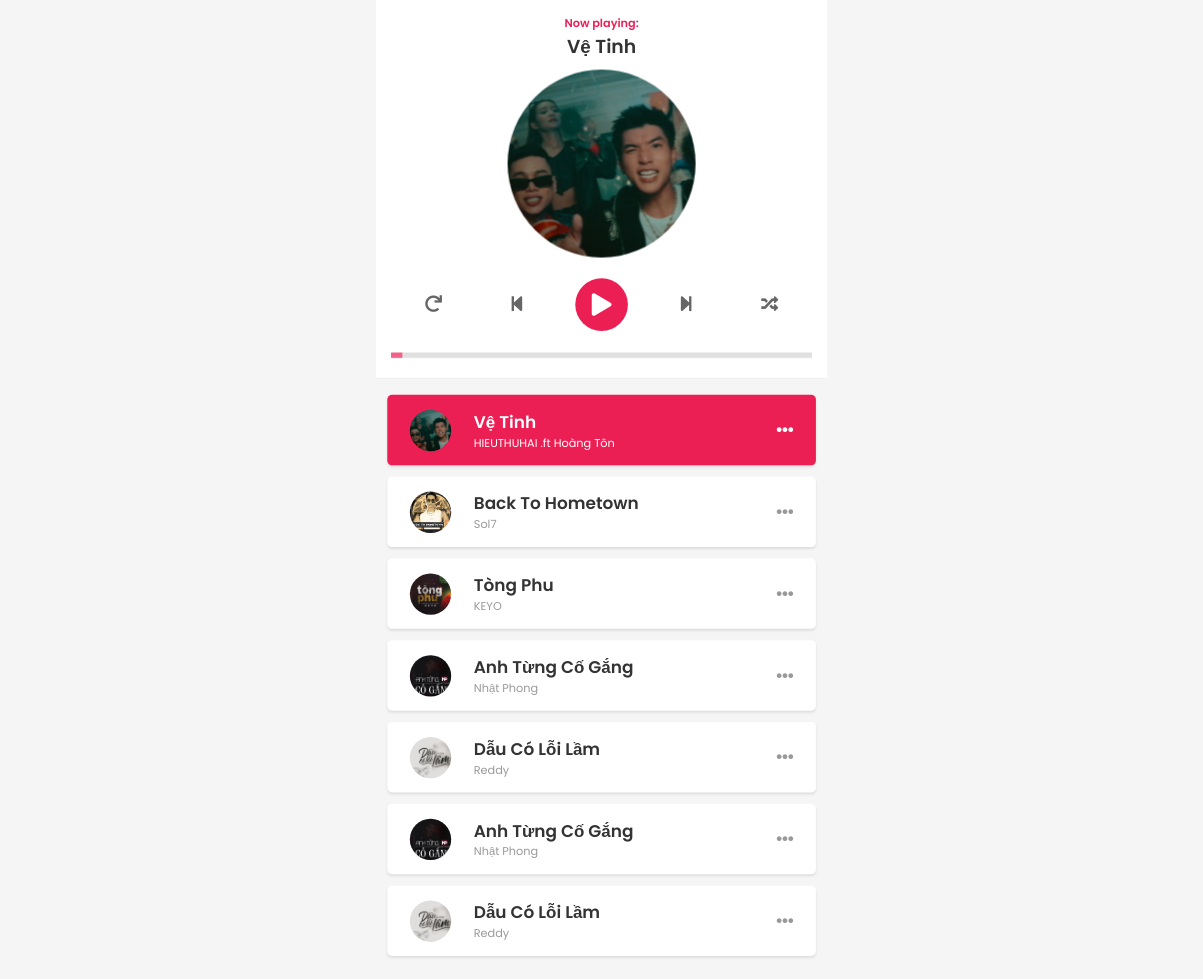
Repository: ynguyen1512/music-player
Page: index.html
The author's editor kept a copy of each file at every save. The page is drawn from the files as they stood at one save, then again after the next save.
The browser window is 1280 px wide. The pictures show the whole page, at 94% of full size.

Above is the page before, as saved 2022-09-26 19:33:59.

### index.html
<!DOCTYPE html>
<html lang="en">
<head>
    <meta name="viewport" content="width=device-width, initial-scale=1.0">
    <title>Music player</title>
    <link rel="stylesheet" href="https://cdnjs.cloudflare.com/ajax/libs/font-awesome/5.15.2/css/all.min.css" integrity="sha512-HK5fgLBL+xu6dm/Ii3z4xhlSUyZgTT9tuc/hSrtw6uzJOvgRr2a9jyxxT1ely+B+xFAmJKVSTbpM/CuL7qxO8w==" crossorigin="anonymous" />
    <link rel="preconnect" href="https://fonts.gstatic.com">
    <link href="https://fonts.googleapis.com/css2?family=Poppins:wght@300;400;600&display=swap" rel="stylesheet">
    <link rel="stylesheet" href="./assets/css/style.css">
</head>
<body>
    <div class="player">
        <!-- Dashboard -->
        <div class="dashboard">
          <!-- Header -->
          <header>
            <h4>Now playing:</h4>
            <h2>String 57th & 9th</h2>
          </header>
     <!-- CD -->
     <div class="cd">
        <div class="cd-thumb" style="background-image: url('https://i.ytimg.com/vi/jTLhQf5KJSc/maxresdefault.jpg')">
        </div>
      </div>

      <!-- Control -->
      <div class="control">
        <div class="btn btn-repeat">
          <i class="fas fa-redo"></i>
        </div>
        <div class="btn btn-prev">
          <i class="fas fa-step-backward"></i>
        </div>
        <div class="btn btn-toggle-play">
          <i class="fas fa-pause icon-pause"></i>
          <i class="fas fa-play icon-play"></i>
        </div>
        <div class="btn btn-next">
          <i class="fas fa-step-forward"></i>
        </div>
        <div class="btn btn-random">
          <i class="fas fa-random"></i>
        </div>
      </div>

      <input id="progress" class="progress" type="range" value="0" step="1" min="0" max="100">

      <audio id="audio" src=""></audio>
    </div>

    <!-- Playlist -->
    <div class="playlist">

    </div>
  </div>

  <script>
    const $ = document.querySelector.bind(document)
    const $$ = document.querySelector.bind(document)

    const player = $('.player')
    const heading  = $('header h2')
    const cdThumb = $('.cd-thumb')
    const audio = $('#audio')
    const cd = $('.cd')
    const playBtn = $('.btn-toggle-play')
    const progress = $('#progress')
    const nextBtn = $('.btn-next')
    const prevBtn = $('.btn-prev')
    const randomBtn = $('.btn-random')
    const repeatBtn = $('.btn-repeat')

    const app = {
      currentIndex: 0,
      isPlaying : false,
      isRandom : false,
      isRepeat : false,
      songs: [
        {
          name: 'Vệ Tinh',
          singer: 'HIEUTHUHAI .ft Hoàng Tôn',
          path: './assets/music/song1.mp3',
          image: './assets/img/song1.jpg'
        },
        {
          name: 'Back To Hometown',
          singer: 'Sol7',
          path: './assets/music/song2.mp3',
          image: './assets/img/song2.jpg'
        },
        {
          name: 'Tòng Phu',
          singer: 'KEYO',
          path: './assets/music/song3.mp3',
          image: './assets/img/song3.jpg'
        },
        {
          name: 'Anh Từng Cố Gắng',
          singer: 'Nhật Phong',
          path: './assets/music/song4.mp3',
          image: './assets/img/song4.jpg'
        },
        {
          name: 'Dẫu Có Lỗi Lầm',
          singer: 'Reddy',
          path: './assets/music/song5.mp3',
          image: './assets/img/song5.jpg'
        },
        {
          name: 'Anh Từng Cố Gắng',
          singer: 'Nhật Phong',
          path: './assets/music/song4.mp3',
          image: './assets/img/song4.jpg'
        },
        {
          name: 'Dẫu Có Lỗi Lầm',
          singer: 'Reddy',
          path: './assets/music/song5.mp3',
          image: './assets/img/song5.jpg'
        }
      ],
      render: function() {
        const htmls = this.songs.map((song,index) => {
          return `
              <div class="song ${index === this.currentIndex ? 'active' : ''}">
                <div class="thumb"
                  style="background-image: url('${song.image}')">
                </div>
                <div class="body">
                  <h3 class="title">${song.name}</h3>
                  <p class="author">${song.singer}</p>
                </div>
                <div class="option">
                  <i class="fas fa-ellipsis-h"></i>
                </div>
            </div>
          `
        })
        $('.playlist').innerHTML = htmls.join('');
      },
      defineProperties: function() {
        Object.defineProperty(this, 'currentSong', {
          get: function() {
            return this.songs[this.currentIndex];
          }
        });
      },
      handleEvents: function() {
        const _this= this;
        const cdWidth = cd.offsetWidth

        // Xu ly CD quay / dung
        const cdThumbAnimate = cdThumb.animate([
          {transform: 'rotate(360deg)'}
        ], {
          duration: 10000,
          interations: Infinity
        })
        cdThumbAnimate.pause()

        // Xu ly phong to / thu nho CD
        document.onscroll = function() {
          const scrollTop = window.scrollY || document.documentElement.scrollTop
          const newcdWidth = cdWidth - scrollTop

          cd.style.width = newcdWidth > 0 ?   newcdWidth + 'px' : 0
          cd.style.opacity = newcdWidth / cdWidth
        }
        // Xu ly khi click nut play
        playBtn.onclick = function() {
          if( _this.isPlaying) {
            audio.pause()
          }else {
            audio.play()
          }

        }

        // Khi bai hat duoc play
        audio.onplay = function() {
          _this.isPlaying = true;
          player.classList.add('playing')
          cdThumbAnimate.play()
        }

        // Khi bai hat bi pause
        audio.onpause = function() {
          _this.isPlaying = false;
          player.classList.remove('playing')
          cdThumbAnimate.pause()
        }

        // Khi tien do bai hat thay doi
        audio.ontimeupdate = function() {
          if(audio.duration) {
            const progressPercent = Math.floor(audio.currentTime / audio.duration * 100)
            progress.value = progressPercent
          }
        }

        // Xu ly khi tua bai hat
        progress.onchange = function(e) {
          const seekTime = audio.duration / 100 * e.target.value
          audio.currentTime = seekTime
        }

        // Khi next bai hat
        nextBtn.onclick = function() {
          if(_this.isRandom)
          {
            _this.playRandomSong()
          } else {
            _this.nextSong()
          }
          audio.play()
          _this.render()
          _this.scrollToActiveSong()
        }

        // Khi previous song
        prevBtn.onclick = function() {
          if(_this.isRandom)
          {
            _this.playRandomSong()
          } else {
            _this.prevSong()
          }
          audio.play()
          _this.render()
          _this.scrollToActiveSong()
        }

        // Xy ly random bat / tat random song
        randomBtn.onclick = function() {
          _this.isRandom = !_this.isRandom
          randomBtn.classList.toggle('active', _this.isRandom)
        }

        // Xu ly phat lai mot bai hat
        repeatBtn.onclick = function() {
          _this.isRepeat = !_this.isRepeat
          repeatBtn.classList.toggle('active', _this.isRepeat)
        }

        //Xu ly next song khi audio ended
        audio.onended = function() {
          if(_this.isRepeat)
          {
            audio.play()
          }else{
            nextBtn.click(); // khi ket thuc bai hat thi tu nhan vao nut click
          }
        }
      },
      getCurrentSong: function() {
        return this.songs[this.currentIndex]
      },
      scrollToActiveSong: function() {
        setTimeout(()=>{
          $('.song.active').scrollIntoView({
            behavior: 'smooth',
            block: 'nearest'
          });
        },300)
      },
      loadCurrentSong: function() {

        heading.textContent = this.currentSong.name
        cdThumb.style.backgroundImage = `url('${this.currentSong.image}')`
        audio.src = this.currentSong.path

        // console.log(heading, cdThumb, audio)
      },
      nextSong: function() {
        this.currentIndex++;
        if(this.currentIndex >= this.songs.length) {
          this.currentIndex = 0;
        }
        this.loadCurrentSong()
      },
      prevSong: function() {
        this.currentIndex--;
        if(this.currentIndex < 0) {
          this.currentIndex = this.songs.length - 1;
        }
        this.loadCurrentSong()
      },
      playRandomSong: function() {
        let newIndex
        do {
          newIndex = Math.floor(Math.random() * this.songs.length);
        } while(newIndex === this.currentIndex)
        this.currentIndex = newIndex
        this.loadCurrentSong()
      },
      start: function() {
        this.defineProperties();
        this.handleEvents();
        this.loadCurrentSong();

        this.render();
      }
    }

    app.start();
  </script>
</body>
</html>

### assets/css/style.css
:root {
    --primary-color: #ec1f55;
    --text-color: #333;
  }

  * {
    padding: 0;
    margin: 0;
    box-sizing: inherit;
  }

  body {
    background-color: #f5f5f5;
  }

  html {
    box-sizing: border-box;
    font-family: "Poppins", sans-serif;
  }

  .player {
    position: relative;
    max-width: 480px;
    margin: 0 auto;
  }

  .player .icon-pause {
    display: none;
  }

  .player.playing .icon-pause {
    display: inline-block;
  }

  .player.playing .icon-play {
    display: none;
  }

  .dashboard {
    padding: 16px 16px 14px;
    background-color: #fff;
    position: fixed;
    top: 0;
    width: 100%;
    max-width: 480px;
    border-bottom: 1px solid #ebebeb;
  }

  /* HEADER */
  header {
    text-align: center;
    margin-bottom: 10px;
  }

  header h4 {
    color: var(--primary-color);
    font-size: 12px;
  }

  header h2 {
    color: var(--text-color);
    font-size: 20px;
  }

  /* CD */
  .cd {
    display: flex;
    margin: auto;
    width: 200px;
  }

  .cd-thumb {
    width: 100%;
    padding-top: 100%;
    border-radius: 50%;
    background-color: #333;
    background-size: cover;
    margin: auto;
  }

  /* CONTROL */
  .control {
    display: flex;
    align-items: center;
    justify-content: space-around;
    padding: 18px 0 8px 0;
  }

  .control .btn {
    color: #666;
    padding: 18px;
    font-size: 18px;
  }

  .control .btn.active {
    color: var(--primary-color);
  }

  .control .btn-toggle-play {
    width: 56px;
    height: 56px;
    border-radius: 50%;
    font-size: 24px;
    color: #fff;
    display: flex;
    align-items: center;
    justify-content: center;
    background-color: var(--primary-color);
  }

  .progress {
    width: 100%;
    -webkit-appearance: none;
    height: 6px;
    background: #d3d3d3;
    outline: none;
    opacity: 0.7;
    -webkit-transition: 0.2s;
    transition: opacity 0.2s;
  }

  .progress::-webkit-slider-thumb {
    -webkit-appearance: none;
    appearance: none;
    width: 12px;
    height: 6px;
    background-color: var(--primary-color);
    cursor: pointer;
  }

  /* PLAYLIST */
  .playlist {
    margin-top: 408px;
    padding: 12px;
  }

  .song {
    display: flex;
    align-items: center;
    margin-bottom: 12px;
    background-color: #fff;
    padding: 8px 16px;
    border-radius: 5px;
    box-shadow: 0 2px 3px rgba(0, 0, 0, 0.1);
  }

  .song.active {
    background-color: var(--primary-color);
  }

  .song.active .author,
  .song.active .title {
    color: #fff;
  }


  .song.active {
    background-color: var(--primary-color);
  }

  .song:active {
    opacity: 0.8;
  }

  .song:active {
    opacity: 0.8;
  }

  .song.active .option,
  .song.active .author,
  .song.active .title {
    color: #fff;
  }

  .song .thumb {
    width: 44px;
    height: 44px;
    border-radius: 50%;
    background-size: cover;
    margin: 0 8px;
  }

  .song .body {
    flex: 1;
    padding: 0 16px;
  }

  .song .title {
    font-size: 18px;
    color: var(--text-color);
  }

  .song .author {
    font-size: 12px;
    color: #999;
  }

  .song .option {
    padding: 16px 8px;
    color: #999;
    font-size: 18px;
  }

After the next save:
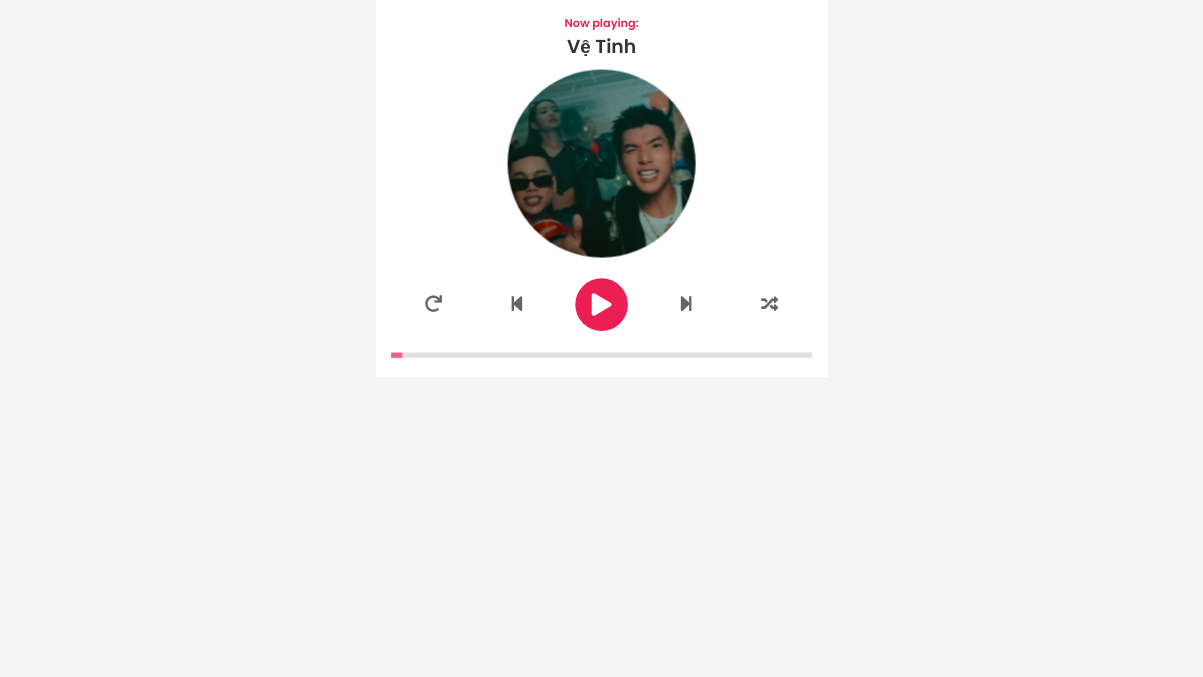
Console error: ReferenceError: playlist is not defined
Saved 93 s later.
--- a/index.html
+++ b/index.html
@@ -136,7 +136,7 @@
             </div>
           `
         })
-        $('.playlist').innerHTML = htmls.join('');
+        playlist.innerHTML = htmls.join('');
       },
       defineProperties: function() {
         Object.defineProperty(this, 'currentSong', {

After the save that followed:
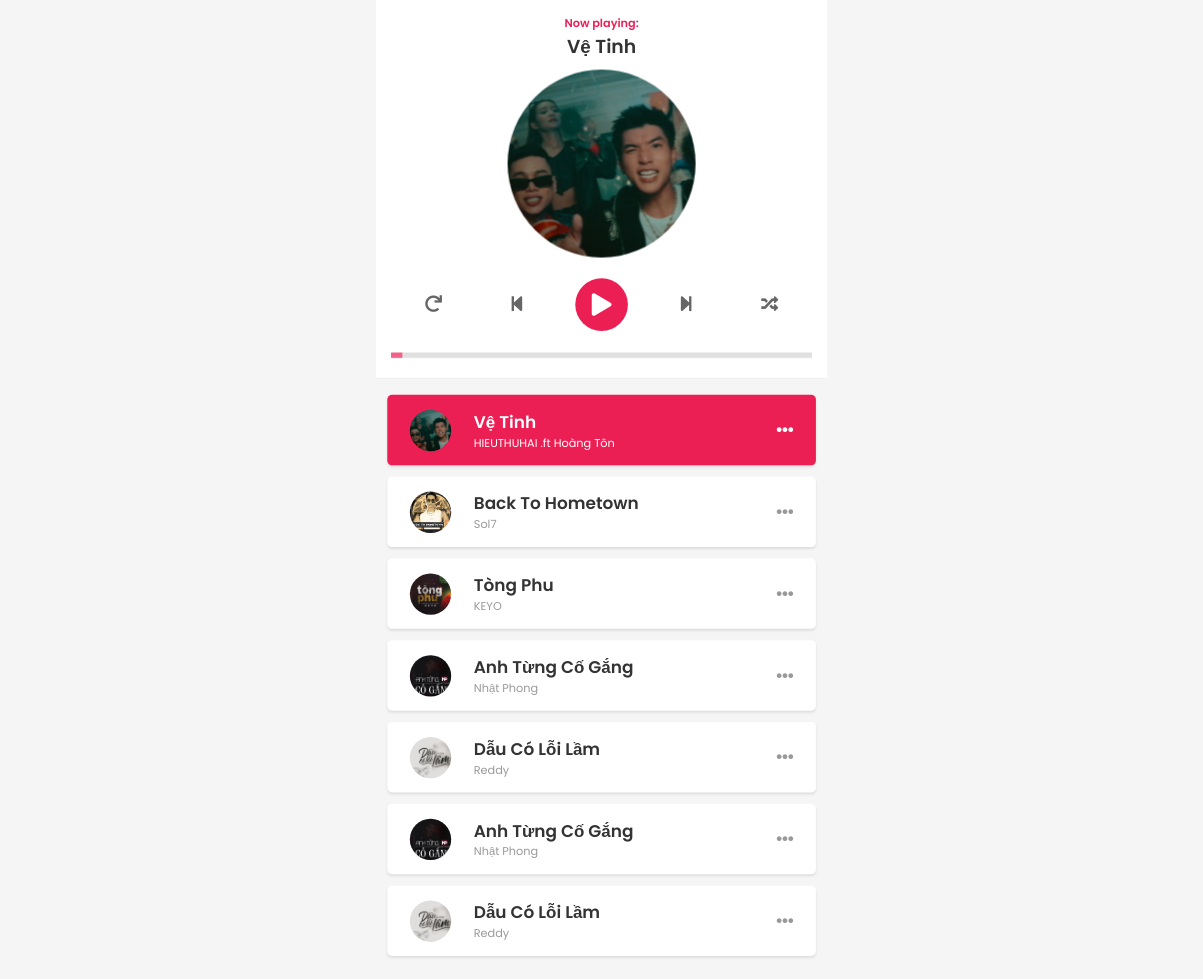
The error is gone.
Saved 16 s later.
--- a/index.html
+++ b/index.html
@@ -69,6 +69,7 @@
     const prevBtn = $('.btn-prev')
     const randomBtn = $('.btn-random')
     const repeatBtn = $('.btn-repeat')
+    const  playlist = $('.playlist')
 
     const app = {
       currentIndex: 0,
